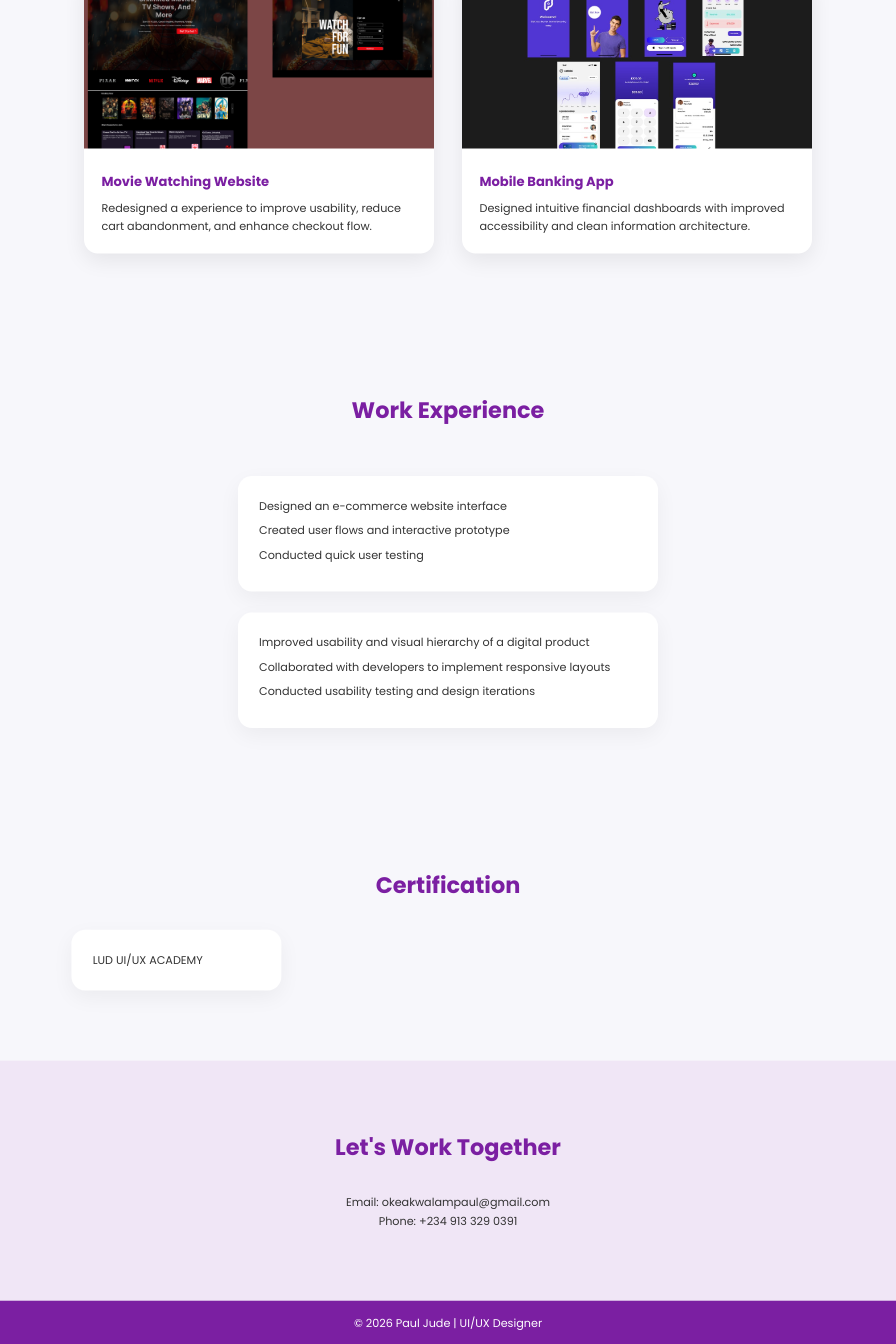
Repository: Paulo-930/UI-UX-Portfolio
Page: index.html
An editor plug-in stored every save of this project. The page is shown before and after the next save, followed by the edit.
The browser window is 1280 px wide. The pictures show the part of the page from y = 1853 to 3773 px (the page is 3776 px tall before and 3857 px after), at 70% of full size.

Above is the page before, as saved 2026-02-23 13:48:03.

After the next save:
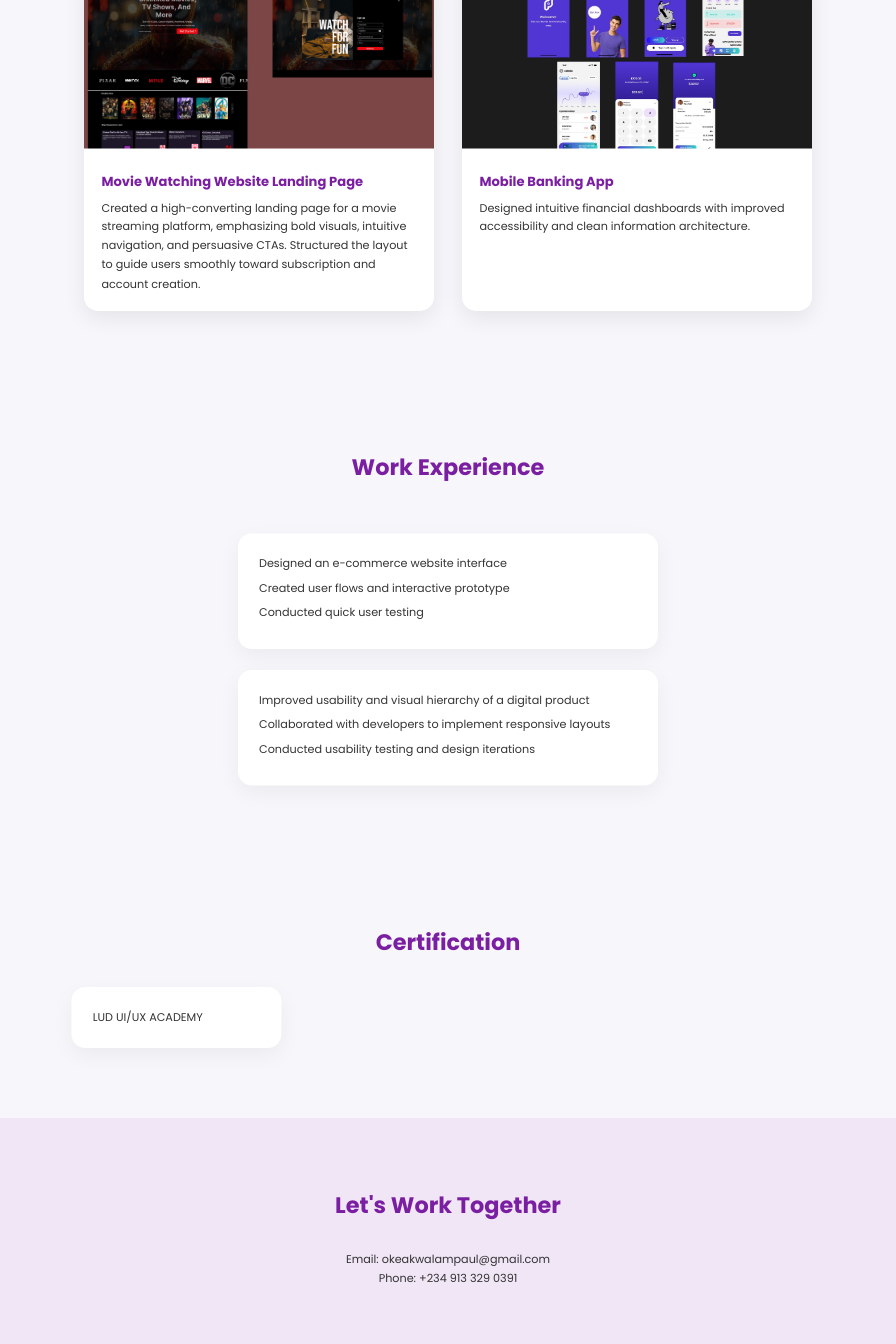
Saved 23 s later.
--- a/index.html
+++ b/index.html
@@ -102,11 +102,13 @@
             <img src="Imagery/Project-one.png" alt="Project 1" />
           </div>
           <div class="project-content">
-            <h3>Movie Watching Website </h3>
-            <p>
-              Redesigned a  experience to improve usability,
-              reduce cart abandonment, and enhance checkout flow.
-            </p>
+            <h3>Movie Watching Website Landing Page</h3>
+<p>
+  Created a high-converting landing page for a movie streaming platform,
+  emphasizing bold visuals, intuitive navigation, and persuasive CTAs.
+  Structured the layout to guide users smoothly toward subscription
+  and account creation.
+</p>
           </div>
         </div>
 
